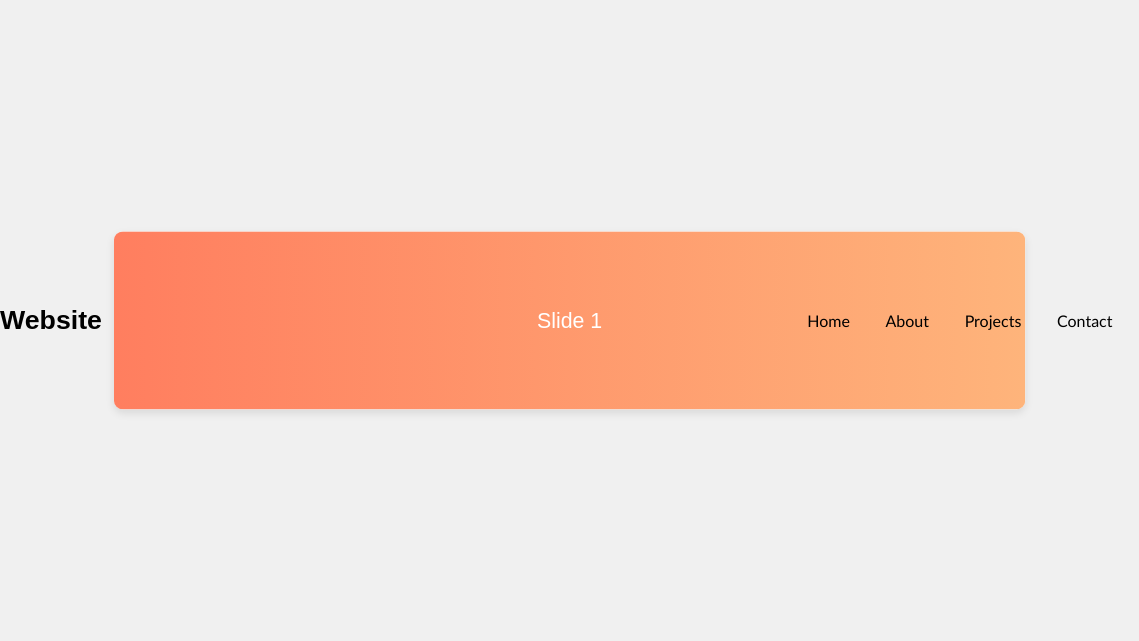
Repository: alishbah7/Choice1
Page: index.html
The author's editor kept a copy of each file at every save. The page is drawn from the files as they stood at one save, then again after the next save.
The browser window is 1280 px wide. The pictures show the whole page, at 89% of full size.

Above is the page before, as saved 2024-11-23 20:32:13.

### index.html
<!DOCTYPE html>
<html lang="en">
<head>
    <meta charset="UTF-8">
    <meta name="viewport" content="width=device-width, initial-scale=1.0">
    <title>Navbar</title>

    <!--=== CSS ===-->
    <link rel="stylesheet" href="style.css">

    <!--=== BOXICONS ===-->
    <link href='https://unpkg.com/boxicons@2.1.4/css/boxicons.min.css' rel='stylesheet' />
</head>
<body>
    <!------------ header ------------>
    <header>
        <h1>Website</h1>

        <input type="checkbox" id="check" />
        <label for="check" class="icon">
            <i class="bx bx-menu" id="menu-icon"></i>
            <i class="bx bx-x" id="close-icon"></i>
        </label>

        <nav class="navbar">
            <a href="#" class="nav-item" style="--i: 1" data-aos="fade-down">Home</a>
            <a href="#" class="nav-item" style="--i: 2" data-aos="fade-down">About</a>
            <a href="#" class="nav-item" style="--i: 3" data-aos="fade-down">Projects</a>
            <a href="#" class="nav-item" style="--i: 4" data-aos="fade-down">Contact</a>
        </nav>
    </header>

    <!------------ home ------------>
    <div class="swiper-container">
        <div class="swiper-wrapper">
          <div class="swiper-slide">Slide 1</div>
          <div class="swiper-slide">Slide 2</div>
          <div class="swiper-slide">Slide 3</div>
          <div class="swiper-slide">Slide 4</div>
        </div>
        <div class="swiper-pagination"></div>
      </div>

</body>
</html>

### style.css
/* --==== HEADER ====-- */
body{
    width: 100%;
    box-sizing: border-box;
}

header {
    color: white;
    position: fixed;
    width: 100%;
    height: 60px;
    display: flex;
    justify-content: space-between;
    align-items: center;
    padding: 0 10px;
    z-index: 5;
}
header h1{
    font-size: 30px;
    color: black;
}
.navbar{
    display: flex;
    padding: 0 30px;
    gap: 40px;
}
#circleIcon{
    font-size: 6px;
}
.nav-item {
    font-family: 'Gill Sans', 'Gill Sans MT', Calibri, 'Trebuchet MS', sans-serif;
    color: black;
    font-size: 18px;
    text-decoration: none;
    transition: all 0.5s ease;

}
.icon {
    position: absolute;
    right: 5%;
    font-size: 36.8px;
    color: black;
    cursor: pointer;
    display: none;
}

#check {
    display: none;
}
@media (max-width: 870px) {
    #circleIcon{
        display: none;
    }
    header{
        height: 40px;
    }
    header::before {
        position: absolute;
        content: "";
        inset: 0;
        width: 100%;
        backdrop-filter: blur(20px);
        z-index: -1;
    }

    header::after {
        position: absolute;
        content: "";
        top: 0;
        left: -100%;
        width: 100%;
        height: 100%;
        transition: 0.8s;
    }
    .icon {
        display: inline-flex;
    }
    #check:checked ~ .icon #menu-icon {
        display: none;
    }
    .icon #close-icon {
        display: none;
    }
    #check:checked ~ .icon #close-icon {
        display: block;
    }
    .navbar {
        padding: 0;
        display: block;
        position: absolute;
        top: 100%;
        left: 0;
        width: 100%;
        height: 0;
        background: black;
        backdrop-filter: blur(50px);
        box-shadow: 0 8px 16px rgba(0, 0, 0, 0.1);
        overflow: hidden;
        transition: all 0.3s ease;
    }
    #check:checked ~ .navbar {
        height: 256px;
    }
    .nav-item {
        color: white;
        display: block;
        font-size: 17.6px;
        margin: 32px 0;
        text-align: center;
        transform: translateY(-50px);
        opacity: 0;
        transition: all 0.3s ease;
    }
    .nav-item:hover::after {
        width: auto;
    }
    #check:checked ~ .navbar a {
        transform: translateY(0);
        opacity: 1;
        transition-delay: calc(0.15s * var(--i));
    }
}
@media screen and (max-width: 350px) {
    header h1{
      font-size: 20px;
    }
}



/* General Reset */
body {
    margin: 0;
    padding: 0;
    font-family: Arial, sans-serif;
    display: flex;
    justify-content: center;
    align-items: center;
    height: 100vh;
    background: #f0f0f0;
  }

  .swiper-container {
    width: 80%;
    overflow: hidden;
    position: relative;
    background: white;
    border-radius: 10px;
    box-shadow: 0 4px 10px rgba(0, 0, 0, 0.1);
  }

  .swiper-wrapper {
    display: flex;
    transition: transform 0.5s ease-in-out;
  }

  .swiper-slide {
    min-width: 100%;
    height: 200px;
    display: flex;
    justify-content: center;
    align-items: center;
    font-size: 1.5rem;
    color: white;
    background: linear-gradient(to right, #ff7e5f, #feb47b);
  }

  .swiper-pagination {
    position: absolute;
    bottom: 10px;
    left: 50%;
    transform: translateX(-50%);
    display: flex;
    gap: 5px;
  }

  .swiper-pagination span {
    width: 10px;
    height: 10px;
    background: #ddd;
    border-radius: 50%;
    cursor: pointer;
  }

  .swiper-pagination .active {
    background: #ff7e5f;
  }

  /* Enable sliding functionality using CSS only */
  .swiper-container:hover .swiper-wrapper {
    animation: slide 12s infinite;
  }

  @keyframes slide {
    0%, 25% {
      transform: translateX(0%);
    }
    50% {
      transform: translateX(-100%);
    }
    75% {
      transform: translateX(-200%);
    }
    100% {
      transform: translateX(-300%);
    }
  }

After the next save:
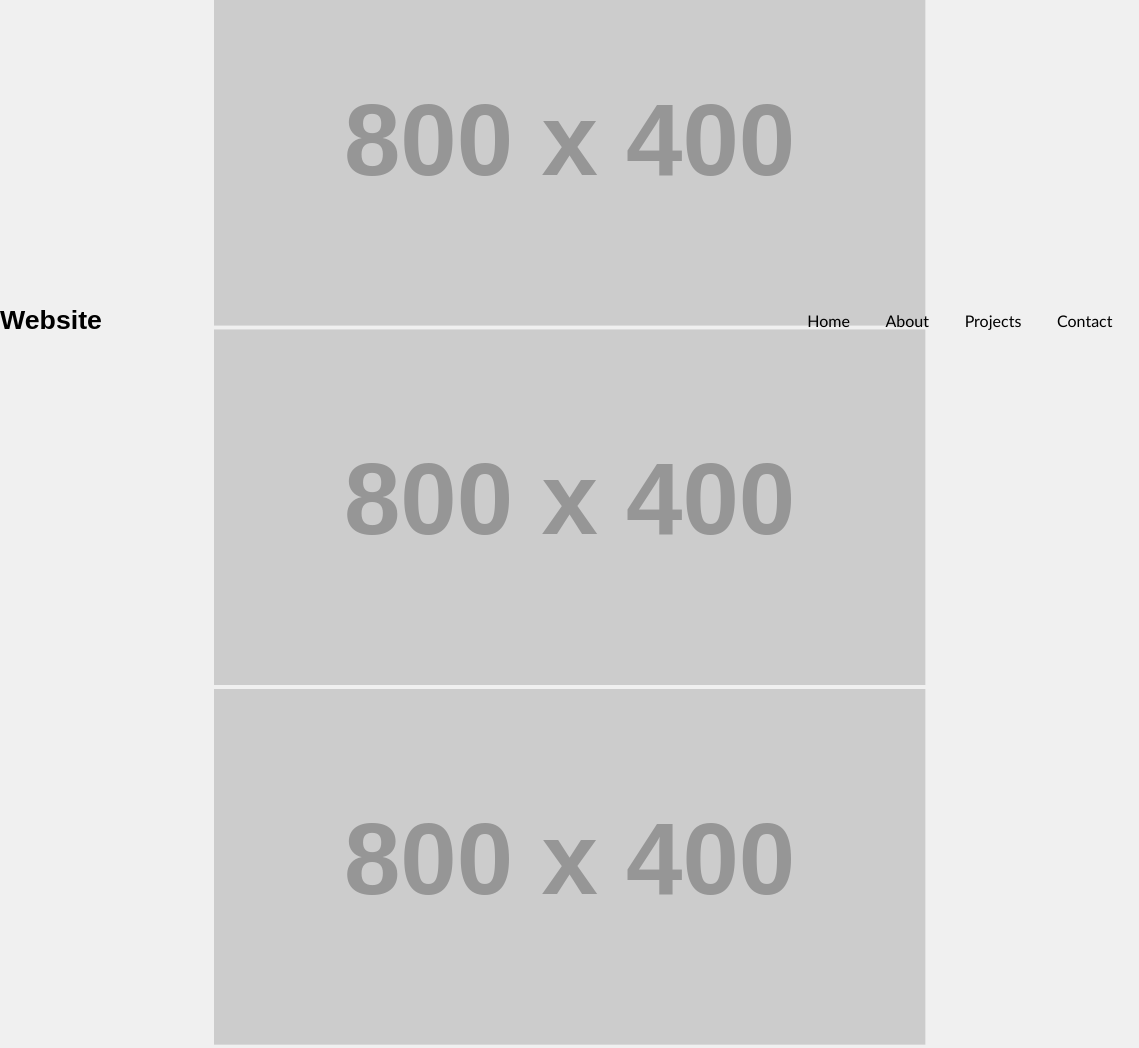
Saved 3 min 50 s later.
--- a/index.html
+++ b/index.html
@@ -31,14 +31,44 @@
     </header>
 
     <!------------ home ------------>
-    <div class="swiper-container">
-        <div class="swiper-wrapper">
-          <div class="swiper-slide">Slide 1</div>
-          <div class="swiper-slide">Slide 2</div>
-          <div class="swiper-slide">Slide 3</div>
-          <div class="swiper-slide">Slide 4</div>
+    <div class="slider">
+        <div class="slides">
+          <!-- Radio Buttons for Manual Navigation -->
+          <input type="radio" name="radio-btn" id="slide1" checked>
+          <input type="radio" name="radio-btn" id="slide2">
+          <input type="radio" name="radio-btn" id="slide3">
+          <input type="radio" name="radio-btn" id="slide4">
+
+          <!-- Slide Images -->
+          <div class="slide first">
+            <img src="https://via.placeholder.com/800x400?text=Slide+1" alt="Slide 1">
+          </div>
+          <div class="slide">
+            <img src="https://via.placeholder.com/800x400?text=Slide+2" alt="Slide 2">
+          </div>
+          <div class="slide">
+            <img src="https://via.placeholder.com/800x400?text=Slide+3" alt="Slide 3">
+          </div>
+          <div class="slide">
+            <img src="https://via.placeholder.com/800x400?text=Slide+4" alt="Slide 4">
+          </div>
+
+          <!-- Automatic Navigation -->
+          <div class="navigation-auto">
+            <div class="auto-btn1"></div>
+            <div class="auto-btn2"></div>
+            <div class="auto-btn3"></div>
+            <div class="auto-btn4"></div>
+          </div>
+
+          <!-- Manual Navigation -->
+          <div class="navigation-manual">
+            <label for="slide1" class="manual-btn"></label>
+            <label for="slide2" class="manual-btn"></label>
+            <label for="slide3" class="manual-btn"></label>
+            <label for="slide4" class="manual-btn"></label>
+          </div>
         </div>
-        <div class="swiper-pagination"></div>
       </div>
 
 </body>
